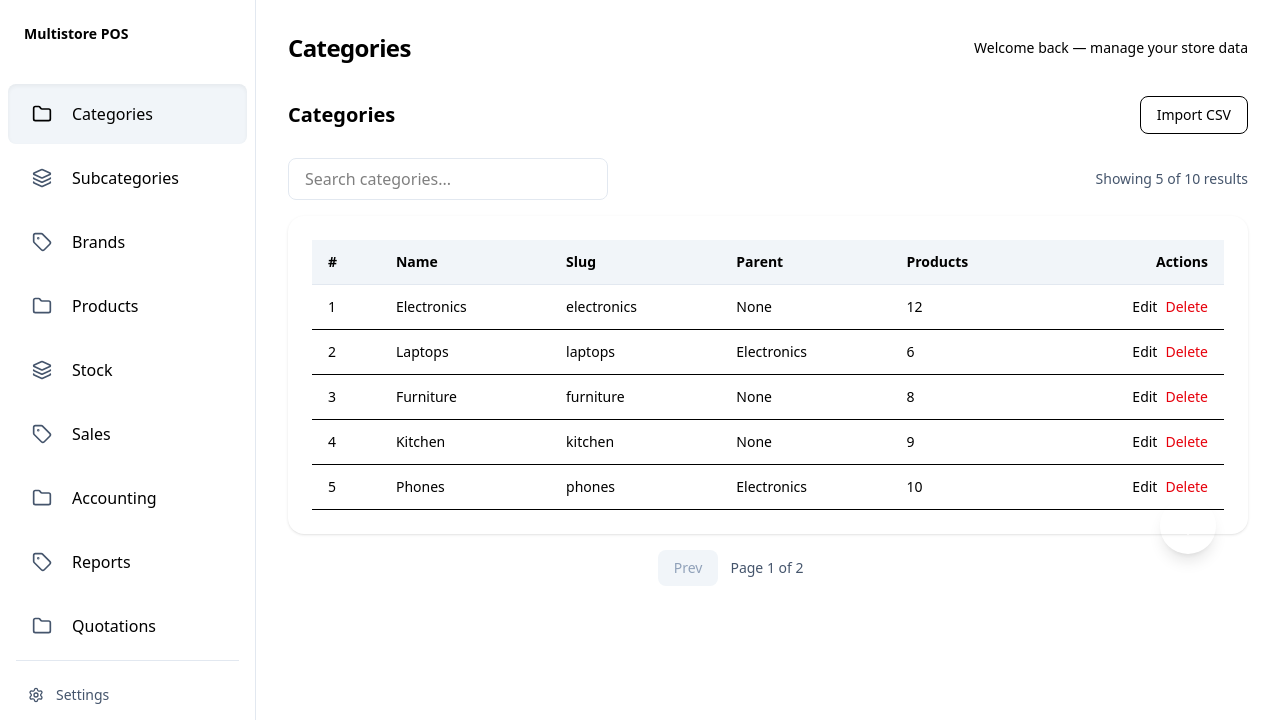
Repository: Ndegwa2/MulistorePOS
Page: /
The author's editor kept a copy of each file at every save. The page is drawn from the files as they stood at one save, then again after the next save.
The browser window is 1280 px wide. The pictures show the whole page.
The project was rebuilt for these pictures with package versions that can differ from the ones it lists, and the page was loaded fresh each time. Also part of the build but not shown: vite.config.js, Frontend/EditModal.jsx, Frontend/DeleteConfirm.jsx, Frontend/subcategory.jsx, Frontend/brand.jsx, Frontend/productPanel.jsx, Frontend/stockPanel.jsx, Frontend/salesPanel.jsx and 3 more. Imported but missing from the stored project, and not drawn on this page: Frontend/transfersPanel.

Above is the page before, as saved 2025-10-03 10:39:04.

After the next save:
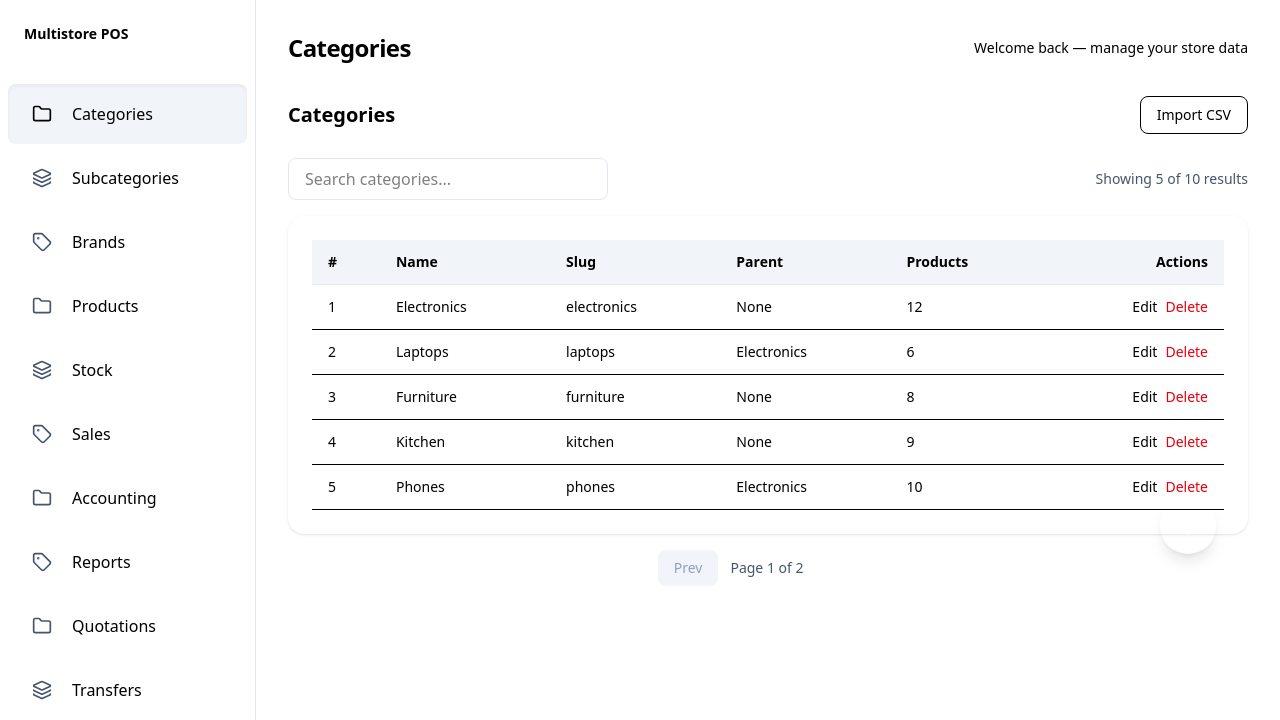
Saved 15 s later.
--- a/Frontend/dashboaord.jsx
+++ b/Frontend/dashboaord.jsx
@@ -11,6 +11,7 @@ import SalesPanel from "./salesPanel";
 import AccountingPanel from "./accountingPanel";
 import ReportsPanel from "./reportsPanel";
 import QuotationsPanel from "./quotationsPanel";
+import TransfersPanel from "./transfersPanel";
 
 const NAV = [
   { key: "categories", label: "Categories", icon: Folder },
@@ -22,6 +23,7 @@ const NAV = [
   { key: "accounting", label: "Accounting", icon: Folder },
   { key: "reports", label: "Reports", icon: Tag },
   { key: "quotations", label: "Quotations", icon: Folder },
+  { key: "transfers", label: "Transfers", icon: Layers },
 ];
 
 export default function Dashboard() {
